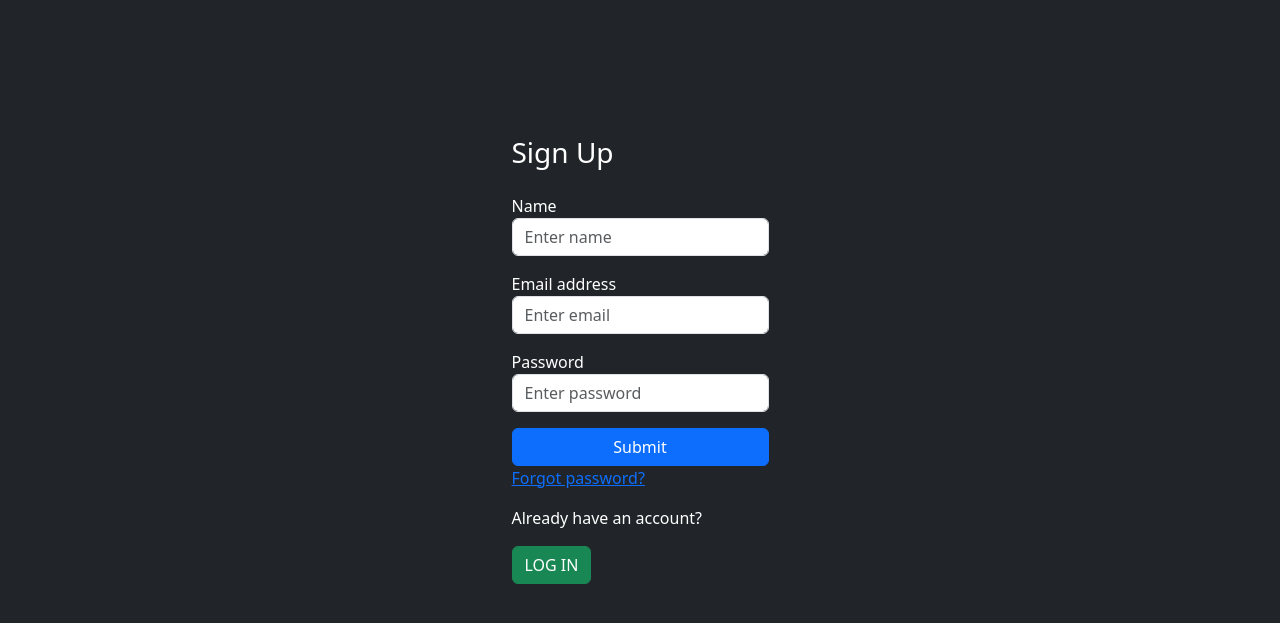
Repository: PolsanePrathamesh/mern-crud
Page: /register (app in client/)
The author's editor kept a copy of each file at every save. The page is drawn from the files as they stood at one save, then again after a run of saves.
The browser window is 1280 px wide. The pictures show the whole page.
The project was rebuilt for these pictures with package versions that can differ from the ones it lists, and the page was loaded fresh each time. Also part of the build but not shown: client/vite.config.js, client/src/Login.jsx, client/src/Home.jsx.

Above is the page before, as saved 2024-02-07 02:25:22.

### client/src/App.jsx
import Signup from "./Signup";
import { BrowserRouter, Routes, Route } from "react-router-dom";
import Login from "./Login";
import Home from "./Home";
import axios from "axios";

axios.defaults.baseURL = "http://localhost:8000";
axios.defaults.withCredentials = true;
function App() {
  return (
    <BrowserRouter>
      <Routes>
        <Route path="/register" element={<Signup />} />
        <Route path="/login" element={<Login />} />
        <Route path="/" element={<Home />} />
      </Routes>
    </BrowserRouter>
  );
}

export default App;

### client/src/Signup.jsx
import { useState } from "react";
import "../node_modules/bootstrap/dist/css/bootstrap.min.css";
import { Link } from "react-router-dom";
import axios from "axios";

function Signup() {
  const [formDetails, setFormDetails] = useState({
    name: "",
    email: "",
    password: "",
  });

  const handleInputChange = (e) => {
    const { name, value } = e.target;
    setFormDetails((prevDetails) => ({
      ...prevDetails,
      [name]: value,
    }));
  };

  return (
    <div
      className="d-flex justify-content-center align-items-center bg-dark"
      style={{ height: "100vh" }}
    >
      <form>
        <h3 className="mb-4 text-white">Sign Up</h3>
        <div className="mb-3">
          <label className="text-white">Name</label>
          <input
            type="text"
            className="form-control"
            placeholder="Enter name"
            name="name"
            value={formDetails.name}
            onChange={handleInputChange}
          />
        </div>
        <div className="mb-3">
          <label className="text-white">Email address</label>
          <input
            type="email"
            className="form-control"
            placeholder="Enter email"
            name="email"
            value={formDetails.email}
            onChange={handleInputChange}
          />
        </div>
        <div className="mb-3">
          <label className="text-white">Password</label>
          <input
            type="password"
            className="form-control"
            placeholder="Enter password"
            name="password"
            value={formDetails.password}
            onChange={handleInputChange}
          />
        </div>

        <div className="d-grid">
          <button type="submit" className="btn btn-primary" onC>
            Submit
          </button>
        </div>
        <p className="forgot-password text-right">
          <a href="#"> Forgot password?</a>
        </p>
        <div>
          <p className="text-white">Already have an account?</p>
          <Link to="/login" className="btn btn-success">
            LOG IN
          </Link>
        </div>
      </form>
    </div>
  );
}

export default Signup;

Loaded but not shown: client/index.html (common file); client/src/main.jsx (common file)

After the next 2 saves:
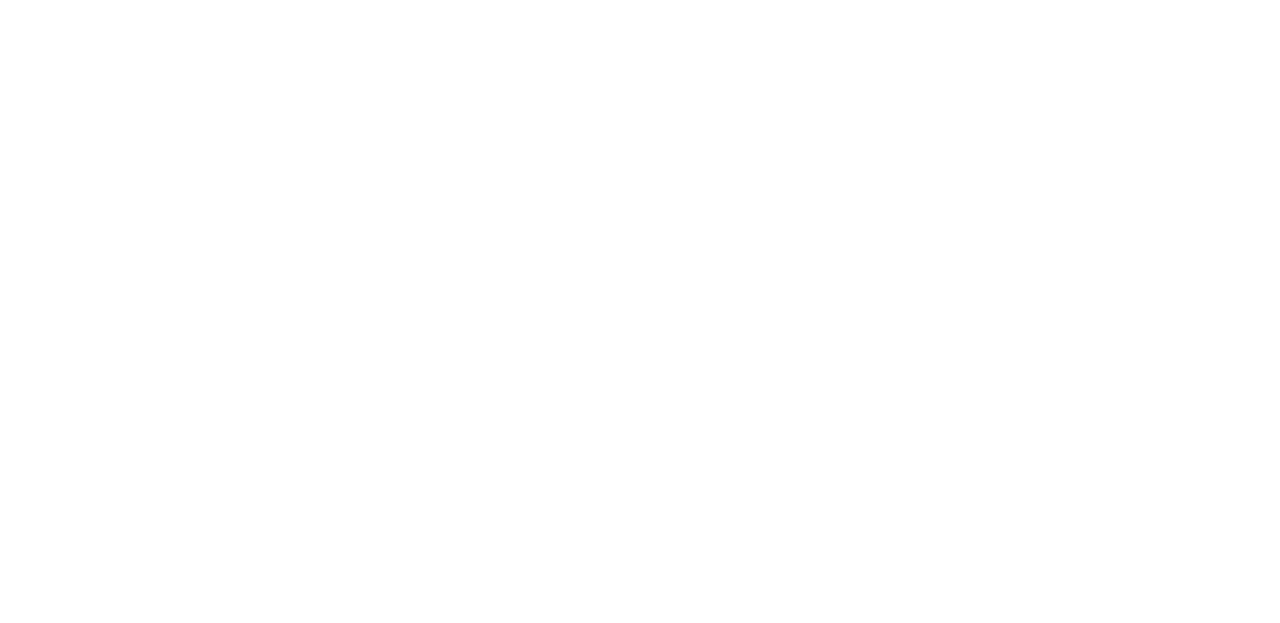
Console error: ReferenceError: handleSubmit is not defined
The 2 saves are shown as one change because they came seconds apart.
The last was saved 6 s later.
--- a/client/src/Signup.jsx
+++ b/client/src/Signup.jsx
@@ -60,7 +60,7 @@
         </div>
 
         <div className="d-grid">
-          <button type="submit" className="btn btn-primary" onC>
+          <button type="submit" className="btn btn-primary" onClick={handleSubmit}>
             Submit
           </button>
         </div>

After the 4 saves that followed:
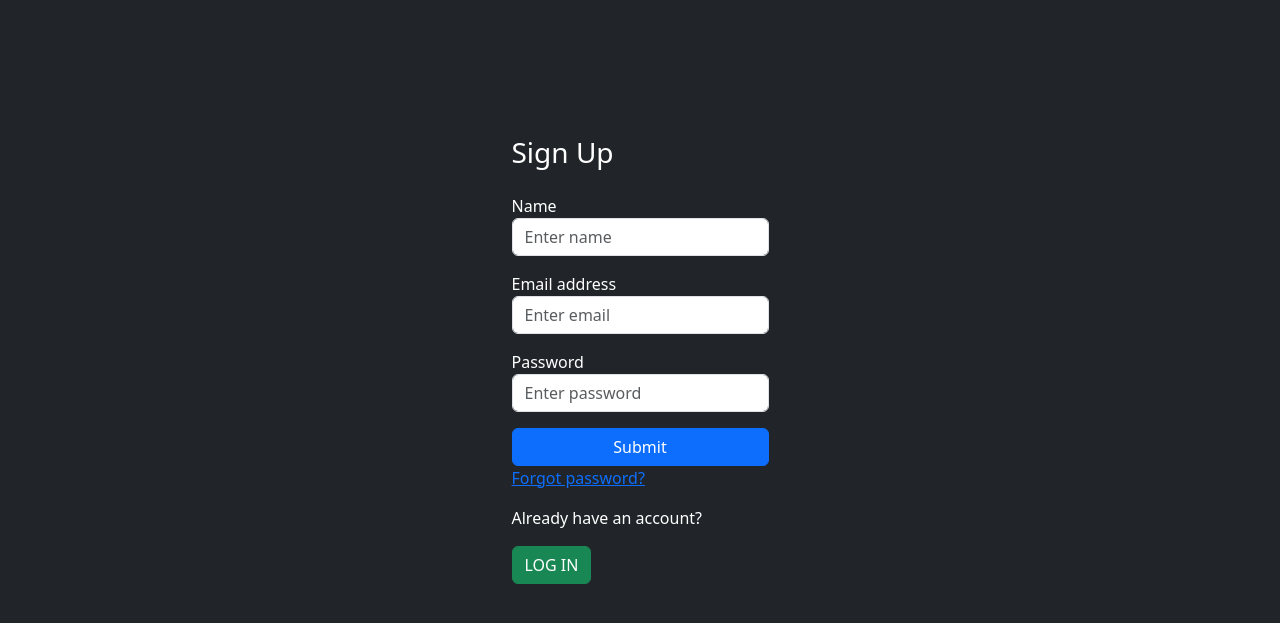
The error is gone.
The 4 saves are shown as one change because they came seconds apart.
The last was saved 18 s later.
--- a/client/src/Signup.jsx
+++ b/client/src/Signup.jsx
@@ -9,6 +9,10 @@
     email: "",
     password: "",
   });
+
+  const handleSubmit = () =>{
+
+  }
 
   const handleInputChange = (e) => {
     const { name, value } = e.target;
